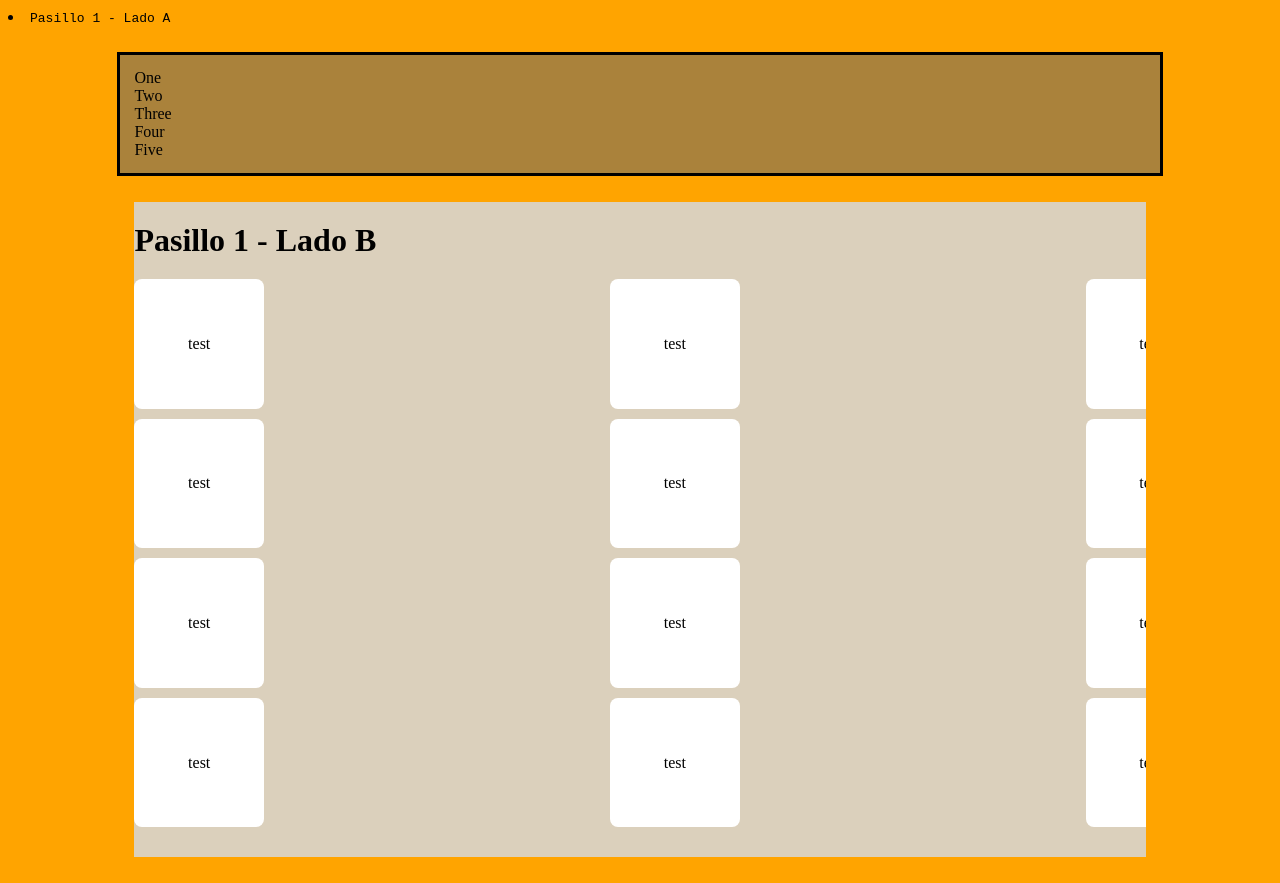
Repository: Franzcod/DepoStock_Web
Page: index.html
These files come from the project's save history. The page is drawn as it stood at one moment and after the next save; the edit follows.
The browser window is 1280 px wide. The pictures show the whole page.

Above is the page before, as saved 2020-06-07 02:45:56.
Console error: ReferenceError: ur is not defined

### index.html
<!DOCTYPE html>
<html lang="en">
<head>
    <meta charset="UTF-8">
    <meta name="viewport" content="width=device-width, initial-scale=1.0">
    <title>Deposito Probusol</title>

    <link rel="stylesheet" href="estilo/estilo.css">
</head>
<body>

    <li><code>Pasillo 1 - Lado A</code>
        <div id="div2">
            <div class="wrapper">
                <div class="box1">One</div>
                <div class="box2">Two</div>
                <div class="box3">Three</div>
                <div class="box4">Four</div>
                <div class="box5">Five</div>
            </div>
        </div>
    </li>

    <div class="app">
        <h1>Pasillo 1 - Lado B</h1>

        <ul class="hs">
            <li class="item">test</li>
            <li class="item">test</li>
            <li class="item">test</li>
            <li class="item">test</li>
            <li class="item">test</li>
            <li class="item">test</li>
            <li class="item">test</li>
            <li class="item">test</li>
            <li class="item">test</li>
            <li class="item">test</li>
            <li class="item">test</li>
            <li class="item">test</li>

        </ul>

        <!-- <div class="container">
            <div class="item">
            <h3>Block for context</h3>
            </div>
        </div> -->
    </div>






    <script>ur</script>

</body>







</html>

### estilo/estilo.css
html{
    background-color: rgba(255, 164, 0, 1);
}

#div2 {
    border: 3px solid black;
    width:  80%;
    height: 40%;
    margin: 2vw auto;
    padding: 2vh 2vh;
    background-color: rgba(105, 105, 105, 0.565);
}

#div2 { overflow-x: scroll;}

:root {
--gutter: 20px;
}

.app {
padding: var(--gutter) 0;
display: grid;
grid-gap: var(--gutter) 0;
/* grid-template-columns: var(--gutter) 1fr var(--gutter); */
align-content: start;
}

/* .app > * {
grid-column: 2 / 2;
} */
/*
.app > .full {
grid-column: 1 / -1;
} */

.hs {
    display: grid;
    grid-gap: calc(var(--gutter) / 2);
    grid-template-columns: repeat(3, calc(50% - var(--gutter) * 2));
    grid-template-rows: minmax(7vw, 1fr);

    overflow-x: scroll;
    /* scroll-snap-type: x proximity; */
    padding-bottom: calc(.75 * var(--gutter));
    margin-bottom: calc(-.25 * var(--gutter));
    /* width: 7vw; */
}

/* Demo styles */

ul {
    list-style: none;
    padding: 0;
    margin: 0;
}

h1,
h2,
h3 {
    margin: 0;
}

.app {
    width: 80%;
    height: 30%;
    background: #DBD0BC;
    overflow-y: scroll;
    margin: 2vw auto;

}

.hs > li,
.item {
    scroll-snap-align: center;
    padding: calc(var(--gutter) / 1 );
    display: flex;
    flex-direction: column;
    justify-content: center;
    align-items: center;
    background: #fff;
    border-radius: 8px;
    height: 7vw;
    width: 7vw;
}

After the next save:
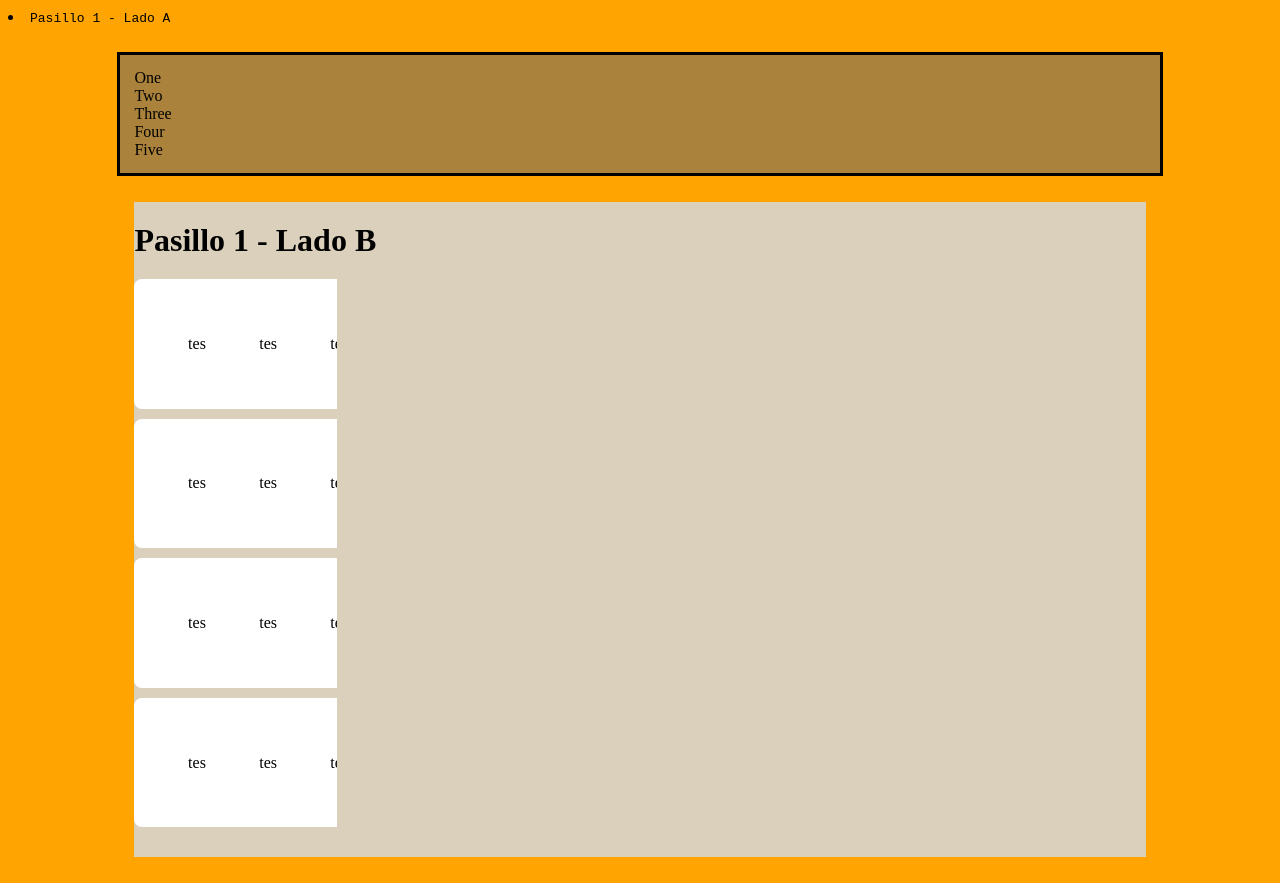
Saved 79 s later.
--- a/estilo/estilo.css
+++ b/estilo/estilo.css
@@ -43,7 +43,7 @@
     /* scroll-snap-type: x proximity; */
     padding-bottom: calc(.75 * var(--gutter));
     margin-bottom: calc(-.25 * var(--gutter));
-    /* width: 7vw; */
+    width: 20%;
 }
 
 /* Demo styles */

After the save that followed:
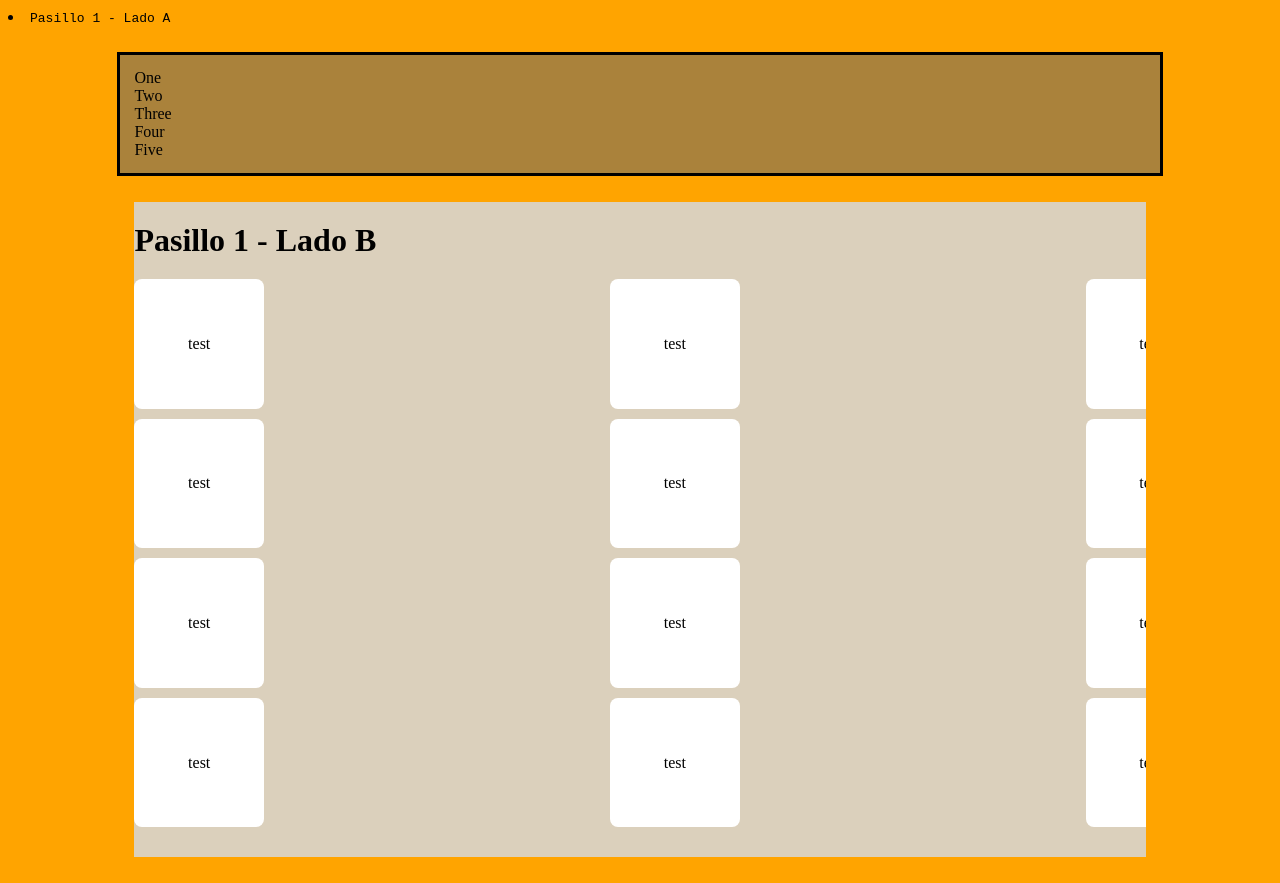
Saved 15 s later.
--- a/estilo/estilo.css
+++ b/estilo/estilo.css
@@ -43,7 +43,7 @@
     /* scroll-snap-type: x proximity; */
     padding-bottom: calc(.75 * var(--gutter));
     margin-bottom: calc(-.25 * var(--gutter));
-    width: 20%;
+    width: 100%;
 }
 
 /* Demo styles */
